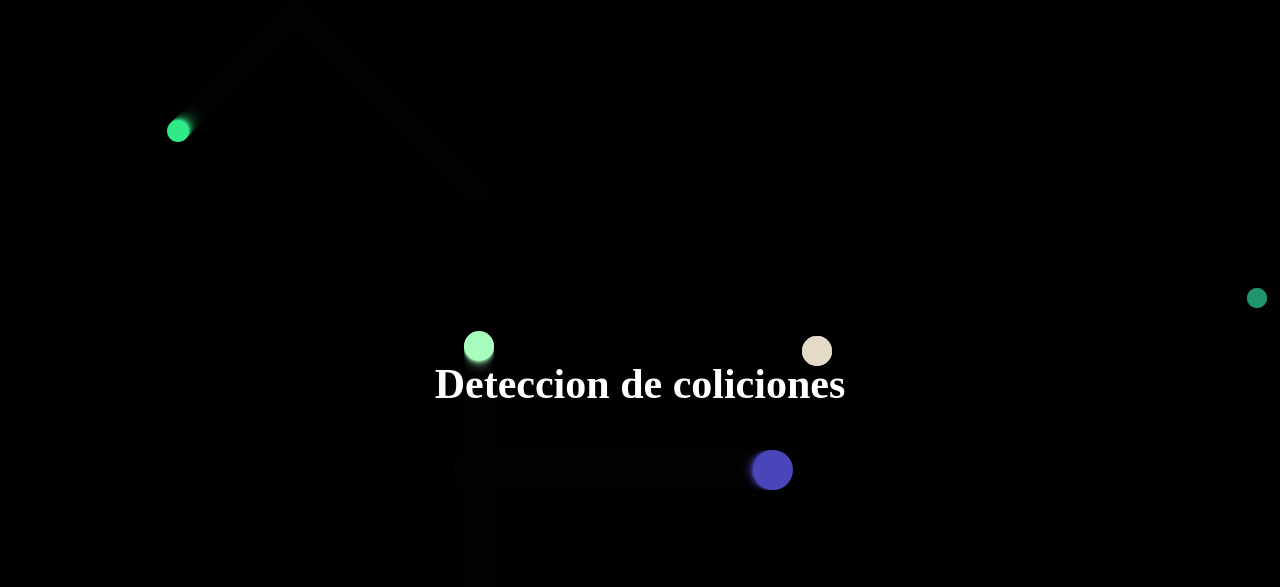
Repository: mvbri/Bouncing-Balls-Animation
Page: index.html
The author's editor kept a copy of each file at every save. The page is drawn from the files as they stood at one save, then again after the next save.
The browser window is 1280 px wide. The pictures show the whole page.

Above is the page before, as saved 2023-01-16 20:44:17.

### index.html
<!DOCTYPE html>
<html lang="en">
	<head>
		<meta charset="UTF-8" />
		<meta http-equiv="X-UA-Compatible" content="IE=edge" />
		<meta name="viewport" content="width=device-width, initial-scale=1.0" />
		<title>Practicas js</title>
		<link rel="stylesheet" href="style.css" />
	</head>
	<body>
		<div class="container">
			<h1>Deteccion de coliciones</h1>
			<canvas class="canvas"></canvas>
		</div>
		<script src="./bouncingBalls.js"></script>
		<!-- <script src="main.js"></script> -->
	</body>
</html>

### style.css
* {
    margin: 0;
    padding: 0;
    box-sizing: border-box;
}

html,
body {
    height: 100vh;
}

.container {
    height: 100%;
    display: grid;
    justify-content: center;
    align-items: center;
}

h1 {
    text-align: center;
    position: absolute;
    top: 50%;
    left: 0;
    z-index: 1000;
    color: #fff;
    width: 100%;
    text-align: center;
    font-size: 42px;
}

### bouncingBalls.js
const canvas = document.querySelector('.canvas');
const ctx = canvas.getContext('2d');
let myReq;

window.addEventListener('resize', () => {
	getDisign(true);
});
window.addEventListener('DOMContentLoaded', () => {
	getDisign(false);
});

const getDisign = (resizeD) => {
	let width = window.innerWidth;
	let height = window.innerHeight;
	canvas.width = width;
	canvas.height = height;
	let resize = resizeD;

	const random = (min, max) => {
		var num = Math.floor(Math.random() * (max - min + 1)) + min;
		return num;
	};

	const randomRGB = () => {
		return `rgb(${random(0, 255)},${random(0, 255)},${random(0, 255)})`;
	};

	class Ball {
		constructor(x, y, vely, velx, color, radio) {
			this.x = x;
			this.y = y;
			this.vely = vely;
			this.velx = velx;
			this.color = color;
			this.radio = radio;
		}

		draw() {
			ctx.beginPath();
			ctx.fillStyle = this.color;
			ctx.arc(this.x, this.y, this.radio, 0, 2 * Math.PI);
			ctx.fill();
		}
		update() {
			if (this.x + this.radio >= width) this.velx = -this.velx;
			if (this.x - this.radio <= 0) this.velx = -this.velx;
			if (this.y + this.radio >= height) this.vely = -this.vely;
			if (this.y - this.radio <= 0) this.vely = -this.vely;

			this.x += this.velx;
			this.y += this.vely;
		}
	}

	let balls = [];
	while (balls.length < 5) {
		const radio = random(10, 20);
		const ball = new Ball(
			random(0 + radio, width - radio),
			random(0 + radio, height - radio),
			random(-1, 1),
			random(-1, 1),
			randomRGB(),
			radio
		);

		balls.push(ball);
	}

	if (resize) cancelAnimationFrame(myReq);

	const loop = () => {
		ctx.fillStyle = 'rgba(0, 0, 0, 0.25)';
		ctx.fillRect(0, 0, width, height);

		for (const ball of balls) {
			ball.draw();
			ball.update();
		}

		myReq = requestAnimationFrame(loop);
	};
	loop();
};

// function Ball(x, y, vely, velx, color, radio) {
// 	this.x = x;
// 	this.y = y;
// 	this.vely = vely;
// 	this.velx = velx;
// 	this.color = color;
// 	this.radio = radio;
// }

// Cuales son las diferencias entre una funcion constructora y un clase
// La funcion anterior es siquiera una funcion constuctora?

After the next save:
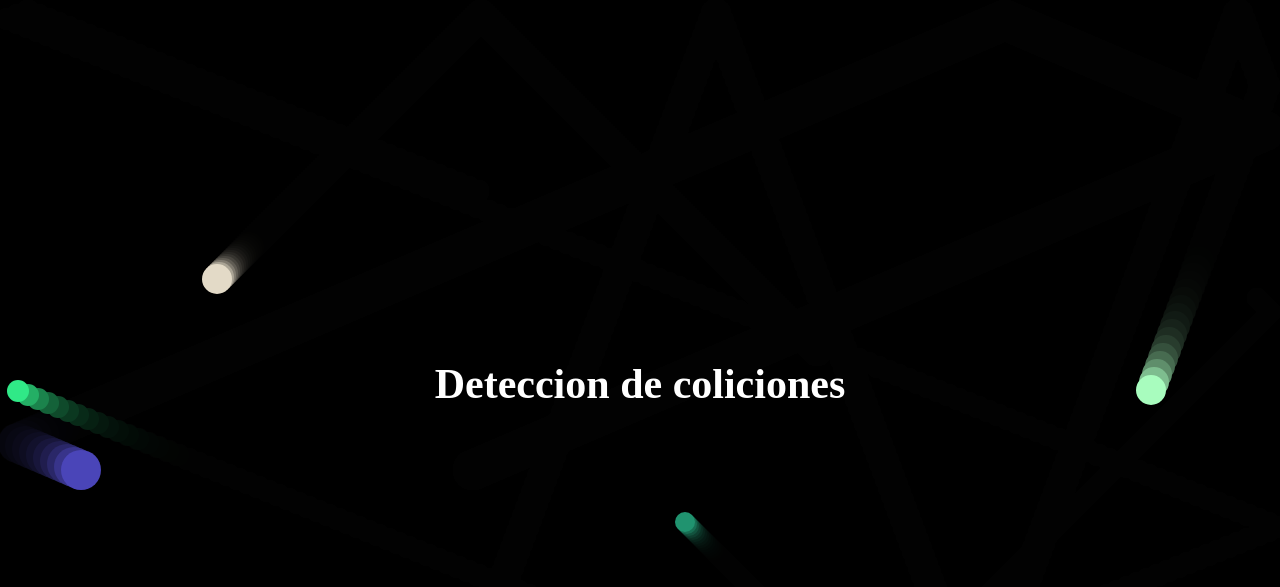
Saved 67 s later.
--- a/bouncingBalls.js
+++ b/bouncingBalls.js
@@ -58,8 +58,8 @@ const getDisign = (resizeD) => {
 		const ball = new Ball(
 			random(0 + radio, width - radio),
 			random(0 + radio, height - radio),
-			random(-1, 1),
-			random(-1, 1),
+			random(-10, 10),
+			random(-10, 10),
 			randomRGB(),
 			radio
 		);
